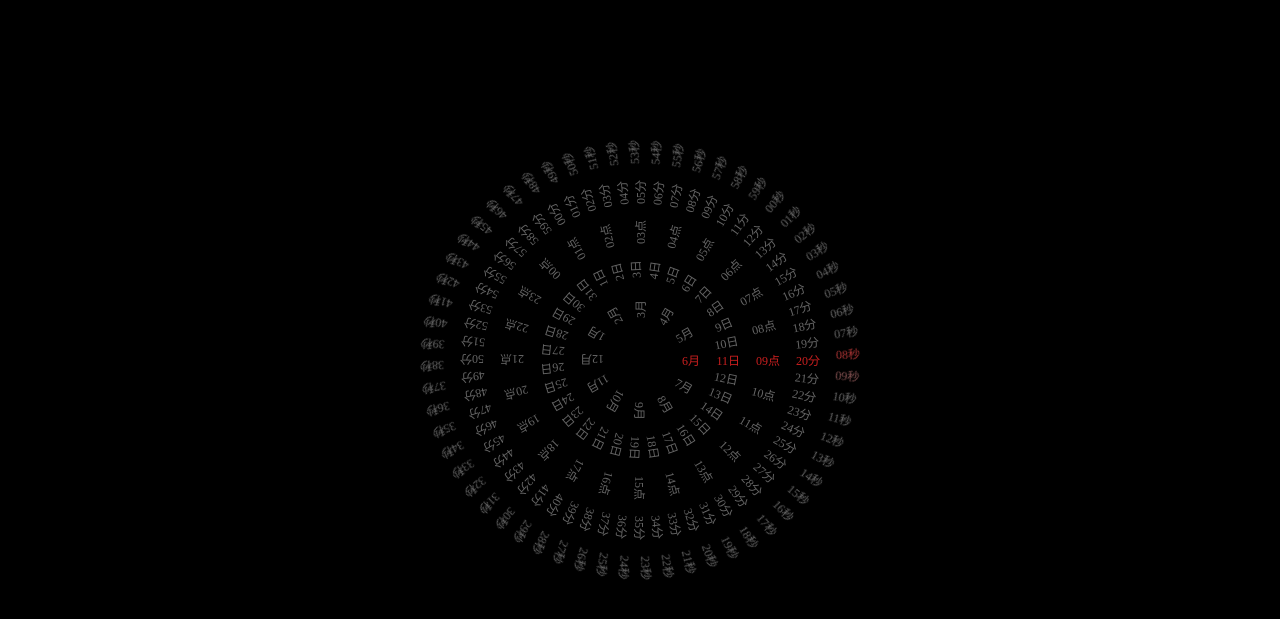
Repository: jarvanstack/vscode
Page: JavaScript/圆形时钟.html
An editor plug-in stored every save of this project. The page is shown before and after the next save, followed by the edit.
The browser window is 1280 px wide. The pictures show the whole page.

Above is the page before, as saved 2020-06-18 10:19:50.

After the next save:
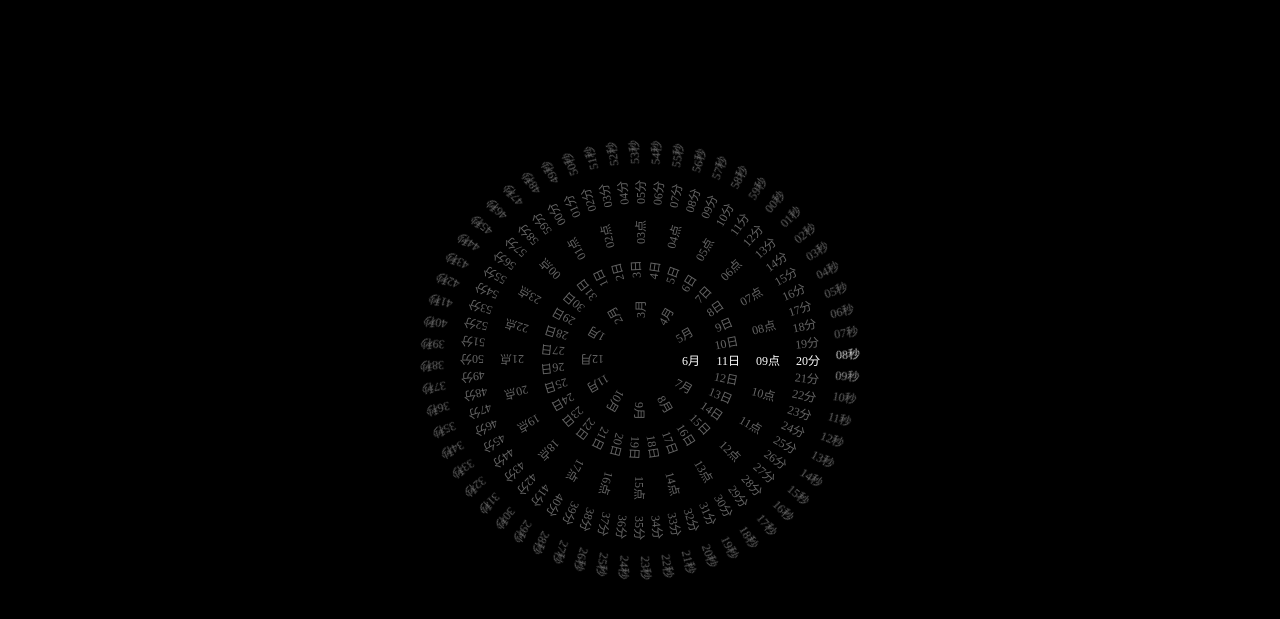
Saved 27 s later.
--- a/JavaScript/圆形时钟.html
+++ b/JavaScript/圆形时钟.html
@@ -20,7 +20,7 @@
             float: left;
         }
         .on{
-            color: rgb(201, 31, 31);
+            color: rgb(255, 255, 255);
         }
         .wrapper{
             width: 200px;
